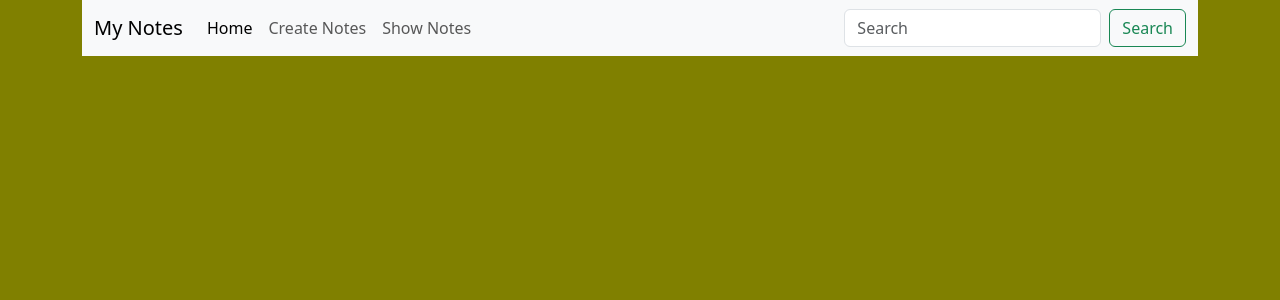
Repository: mrking14/Advance-Java-Projects
Page: http://localhost/NoteTaker/
These files come from the project's save history. The page is drawn as it stood at one moment and after the next save; the edit follows.
The browser window is 1280 px wide. The pictures show the whole page.
The page is served by Tomcat 9.

Above is the page before, as saved 2023-06-25 09:22:56.

After the next save:
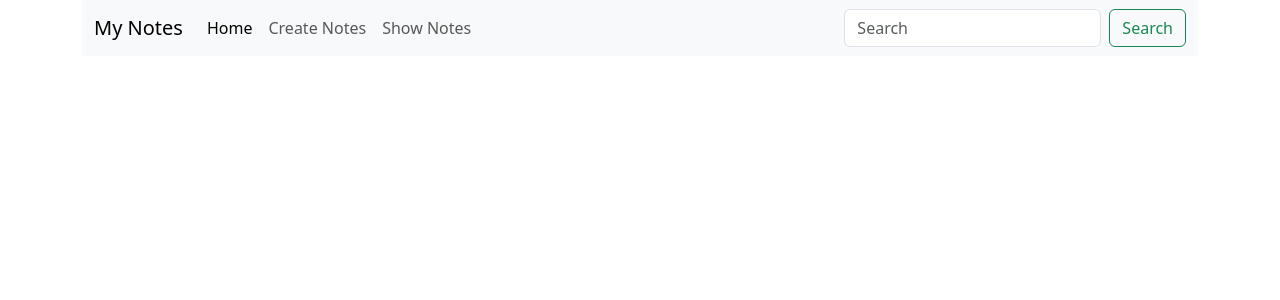
Saved 3 min 37 s later.
--- a/NoteTaker/src/main/webapp/css/style.css
+++ b/NoteTaker/src/main/webapp/css/style.css
@@ -1,3 +1,3 @@
-body{
-	background:olive;
+.purple{
+	background:purple;
 }
